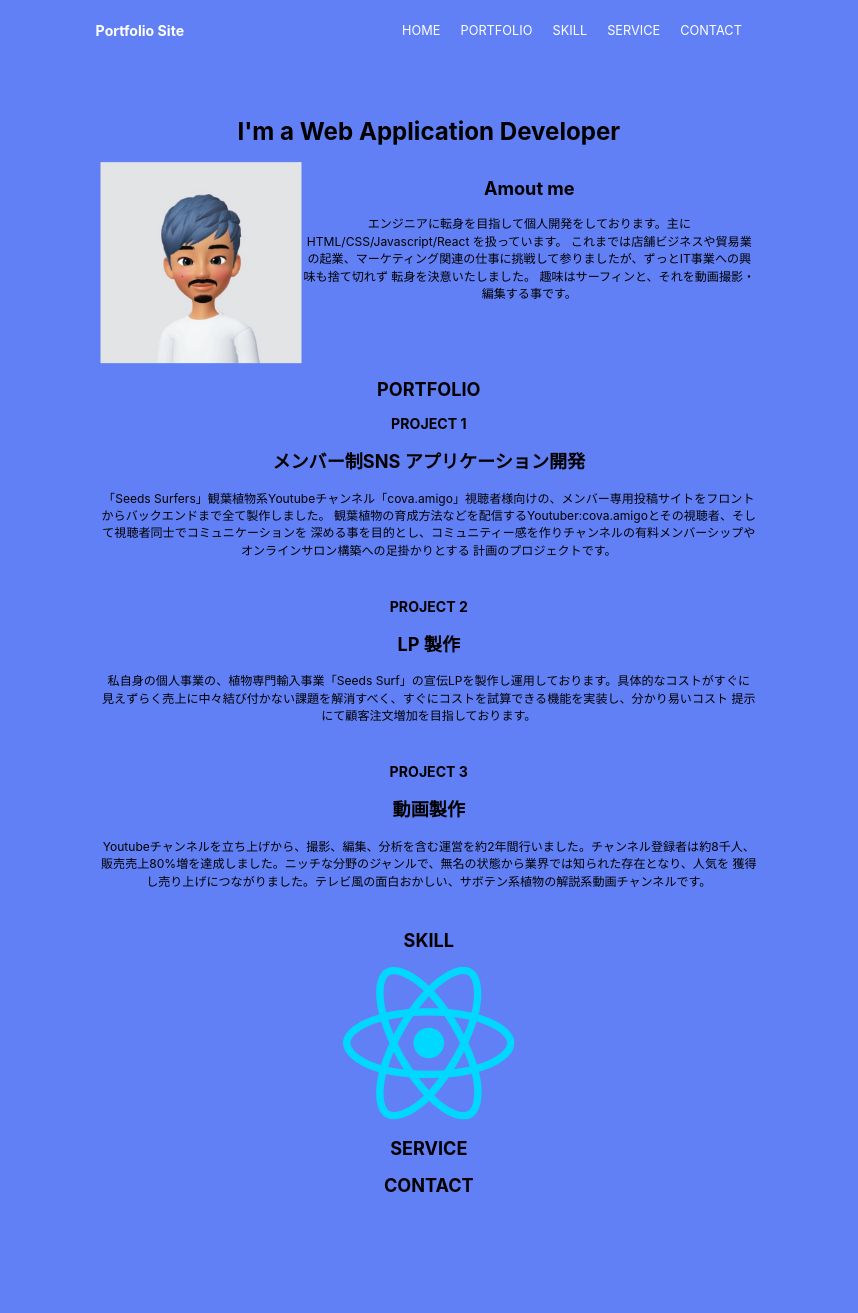
Repository: Seiya00002/my-portfolio-website2
Page: /
The author's editor kept a copy of each file at every save. The page is drawn from the files as they stood at one save, then again after the next save.
The browser window is 1280 px wide. The pictures show the whole page, at 67% of full size.
The project was rebuilt for these pictures with package versions that can differ from the ones it lists, and the page was loaded fresh each time.

Above is the page before, as saved 2023-09-23 07:23:30.

### src/index.css
body {
  margin: 0;
  font-family: -apple-system, BlinkMacSystemFont, 'Segoe UI', 'Roboto', 'Oxygen',
    'Ubuntu', 'Cantarell', 'Fira Sans', 'Droid Sans', 'Helvetica Neue',
    sans-serif;
  -webkit-font-smoothing: antialiased;
  -moz-osx-font-smoothing: grayscale;
  background-color: rgb(98, 128, 246);
}

code {
  font-family: source-code-pro, Menlo, Monaco, Consolas, 'Courier New',
    monospace;
}

### src/App.tsx
import React from 'react';
import logo from './logo.svg';
import './App.css';
import Header from './Components/Header';
import Homepage from './Components/Homepage';
import Footer from './Components/Footer';

function App() {
  return (
    <div className="App">
      <Header />
      <Homepage />
      <Footer />
    </div>
  );
}

export default App;

### src/App.css
.App {
  text-align: center;
  font-size: 18px;
  height: 100vh;
  width: 100%;
}

.header {
  height: 90px;
  display: flex;
  justify-content: space-around;
  align-items: center;
  width: 100%;
  color: white;
  position: fixed;
  background-color: rgb(98, 128, 246);
  z-index: 10;
}

nav ul li {
  list-style: none;
  display: inline-block;
  margin-right: 30px;
}

nav ul li a {
  font-size: 19px;
  color: white;
  text-decoration: none;
  transition: all 0.2s;
}

nav ul li a:hover {
  color: rgb(36, 89, 250);
}

.container {
  padding: 150px;
}

#about-me {
  display: flex;
  width: 100%;
}

.about-me img {
  height: 300px;
  width: 300px;
}

.footer {
  height: 90px;
  position: absolute;
  bottom: 0;
  width: 100%;
  justify-content: center;
  align-items: center;
}

### src/Components/Header.tsx
import React from 'react'

const Header = () => {
  return (
    <div className='header'>
        <h3>Portfolio Site</h3>
        <nav>
            <ul>
                <li>
                    <a href='#top'>HOME</a>
                </li>
                <li>
                    <a href='#portfolio'>PORTFOLIO</a>
                </li>
                <li>
                    <a href='#skill'>SKILL</a>
                </li>
                <li>
                    <a href='#service'>SERVICE</a>
                </li>
                <li>
                    <a href='#contact'>CONTACT</a>
                </li>
            </ul>
        </nav>
    </div>
  )
}

export default Header

### src/Components/Homepage.tsx
import React from 'react'

const Homepage = () => {
  return (
    <div className='container'>
        <h1>I'm a Web Application Developer</h1>
        <div className='about-me' id='about-me'>
            <img src='/image/m-drawing.jpg' alt='profile-image' />
            <div className='right-contents'>
                <h2>Amout me</h2>
                <p>エンジニアに転身を目指して個人開発をしております。主にHTML/CSS/Javascript/React を扱っています。
                これまでは店舗ビジネスや貿易業の起業、マーケティング関連の仕事に挑戦して参りましたが、ずっとIT事業への興味も捨て切れず
                転身を決意いたしました。
                趣味はサーフィンと、それを動画撮影・編集する事です。</p>
            </div>
        </div>

        <div id='portfolio'>
            <h2>PORTFOLIO</h2>
            <div className='project'>
                <div className='left-contents'>
                    <h3>PROJECT 1</h3>
                    <h2>メンバー制SNS アプリケーション開発</h2>
                    <p>「Seeds Surfers」観葉植物系Youtubeチャンネル「cova.amigo」視聴者様向けの、メンバー専用投稿サイトをフロント
                        からバックエンドまで全て製作しました。
                        観葉植物の育成方法などを配信するYoutuber:cova.amigoとその視聴者、そして視聴者同士でコミュニケーションを
                        深める事を目的とし、コミュニティー感を作りチャンネルの有料メンバーシップやオンラインサロン構築への足掛かりとする
                        計画のプロジェクトです。
                    </p>
                </div>
                <img src='' alt=''/>
            </div>
            <div className='project'>
                <div className='left-contents'>
                    <h3>PROJECT 2</h3>
                    <h2>LP 製作</h2>
                    <p>私自身の個人事業の、植物専門輸入事業「Seeds Surf」の宣伝LPを製作し運用しております。具体的なコストがすぐに
                        見えずらく売上に中々結び付かない課題を解消すべく、すぐにコストを試算できる機能を実装し、分かり易いコスト
                        提示にて顧客注文増加を目指しております。
                    </p>
                </div>
                <img src='' alt=''/>
            </div>
            <div className='project'>
                <div className='left-contents'>
                    <h3>PROJECT 3</h3>
                    <h2>動画製作</h2>
                    <p>Youtubeチャンネルを立ち上げから、撮影、編集、分析を含む運営を約2年間行いました。チャンネル登録者は約8千人、
                        販売売上80%増を達成しました。ニッチな分野のジャンルで、無名の状態から業界では知られた存在となり、人気を
                        獲得し売り上げにつながりました。テレビ風の面白おかしい、サボテン系植物の解説系動画チャンネルです。
                    </p>
                </div>
                <img src='' alt=''/>
            </div>

        </div>

        <div id='skill'>
            <h2>SKILL</h2>
            <div className='tech-icon'>
                <img src='/image/react-icon.svg' />
            </div>
        </div>

        <div id='service'>
            <h2>SERVICE</h2>
            <div className='service-description'>
                <div className='service-box'></div>
                <div className='service-box'></div>
                <div className='service-box'></div>
                <div className='service-box'></div>
            </div>
        </div>
        <div id='contact'>
            <h2>CONTACT</h2>
        </div>
    </div>
  )
}

export default Homepage

### src/Components/Footer.tsx
import React from 'react'

const Footer = () => {
  return (
    <div className='footer'></div>
  )
}

export default Footer

Loaded but not shown: public/index.html (common file); src/index.tsx (common file); src/reportWebVitals.ts (common file)

After the next save:
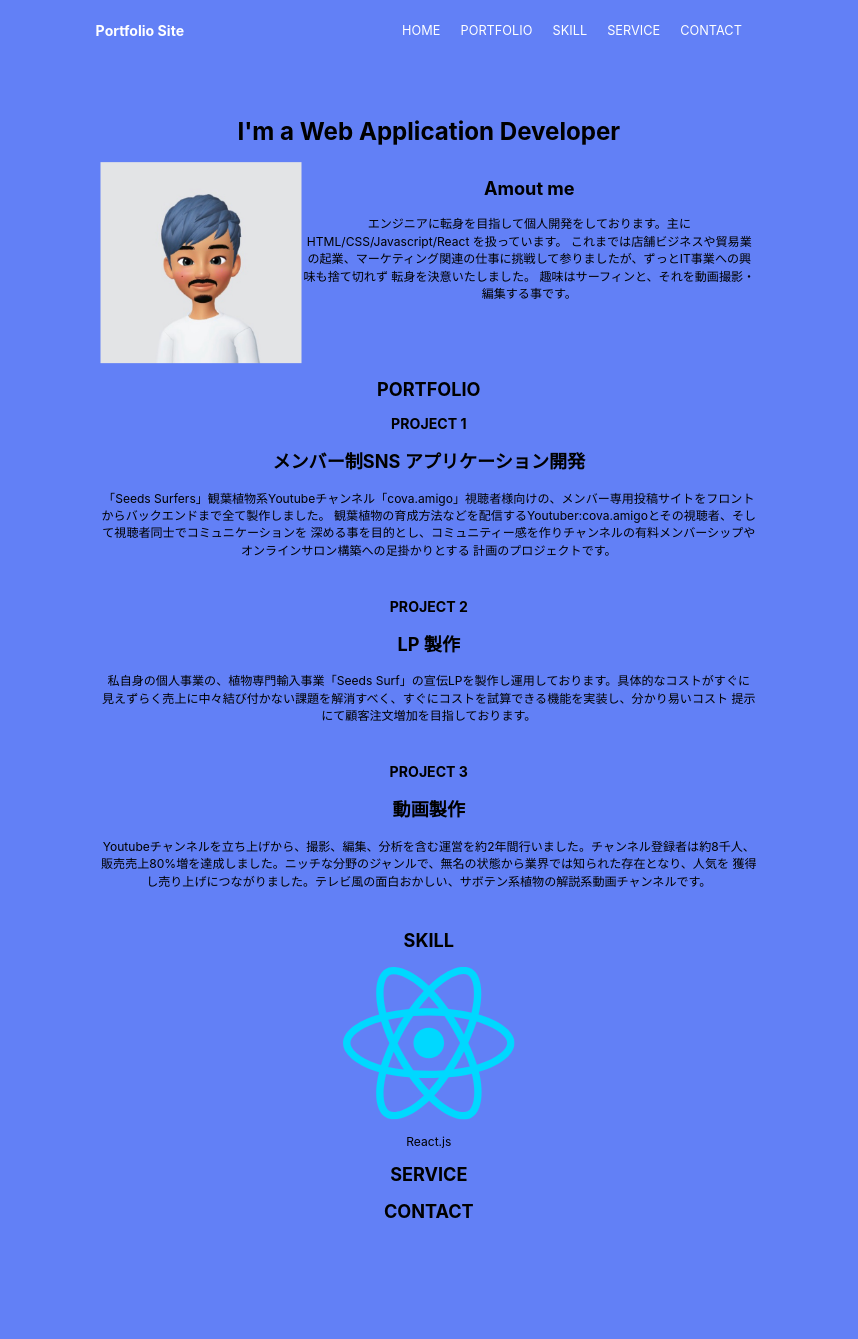
Saved 32 s later.
--- a/src/Components/Homepage.tsx
+++ b/src/Components/Homepage.tsx
@@ -59,6 +59,7 @@
             <h2>SKILL</h2>
             <div className='tech-icon'>
                 <img src='/image/react-icon.svg' />
+                <p>React.js</p>
             </div>
         </div>
 
